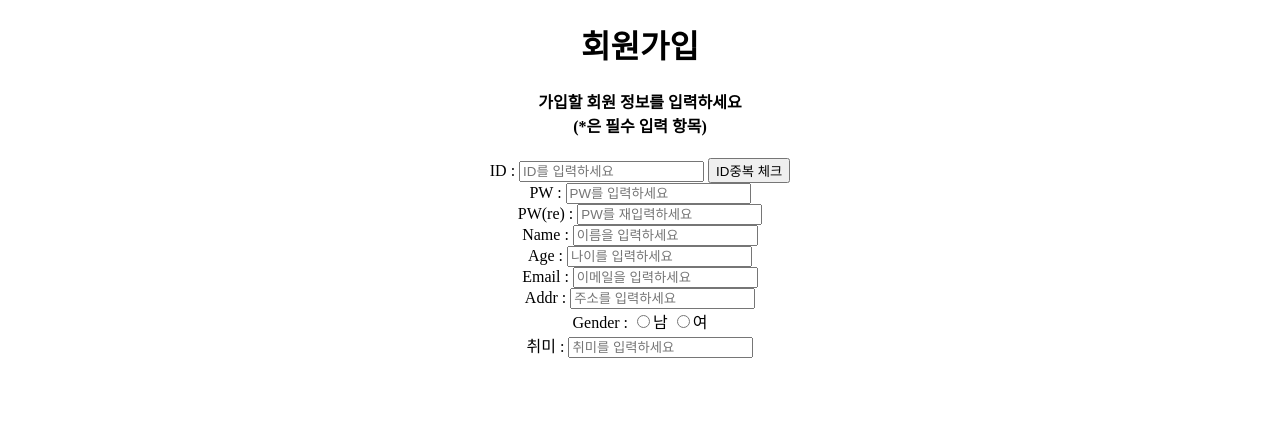
Repository: minimelody/servlet
Page: webworkspace2/web2/WebContent/views/member/joinus.html
The author's editor kept a copy of each file at every save. The page is drawn from the files as they stood at one save, then again after the next save.
The browser window is 1280 px wide. The pictures show the whole page.

Above is the page before, as saved 2018-05-25 01:39:07.

After the next save:
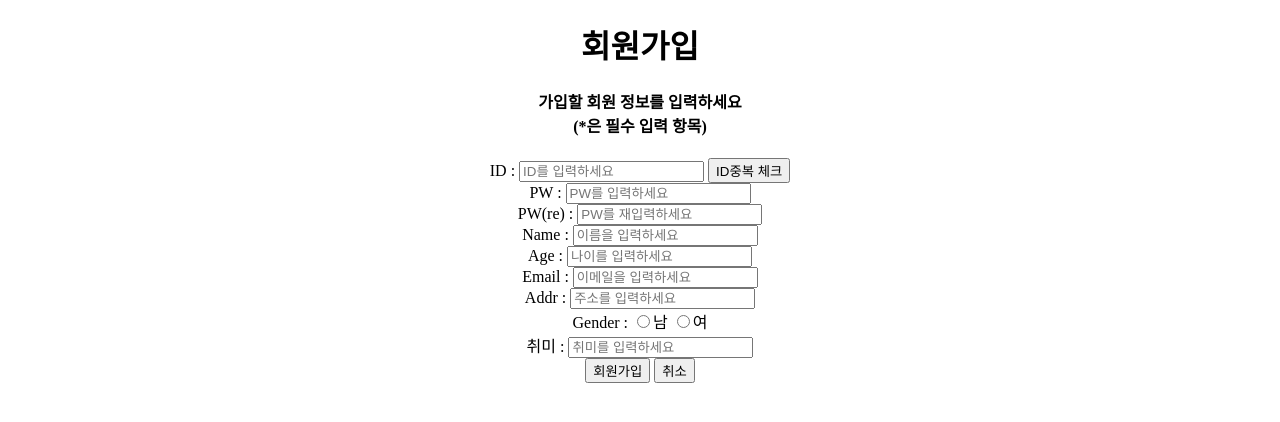
Saved 37 s later.
--- a/webworkspace2/web2/WebContent/views/member/joinus.html
+++ b/webworkspace2/web2/WebContent/views/member/joinus.html
@@ -20,6 +20,8 @@
 			Gender : <input type="radio" name="gender" value="M">남
 				<input type="radio" name="gender" value="F">여<br>
 			취미 : <input type="text" placeholder="취미를 입력하세요" name="hobby"><br>
+			<input type="submit" value="회원가입">
+			<input type="reset" value="취소">
 		</form>
 	</center>
 </body>
